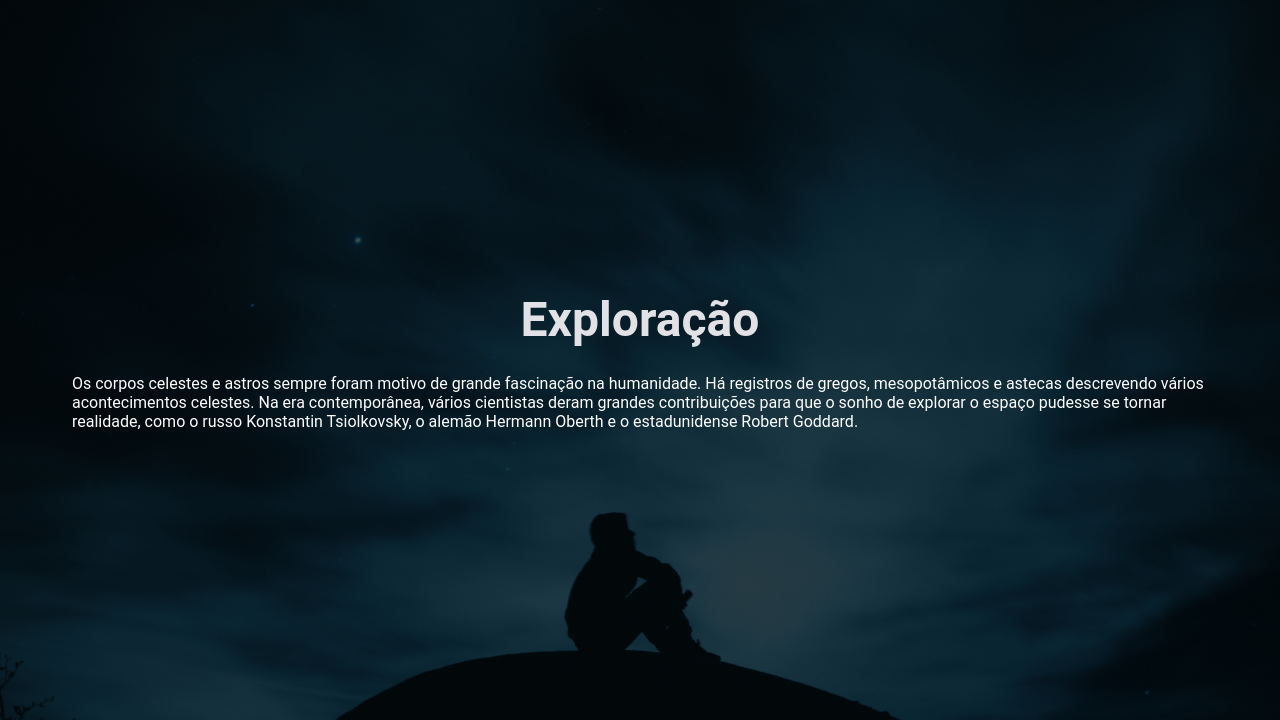
Repository: eltonneiferson/spaUniverse
Page: exploration.html
An editor plug-in stored every save of this project. The page is shown before and after a run of saves, followed by the edit.
The browser window is 1280 px wide. The pictures show the whole page.

Above is the page before, as saved 2022-10-26 23:16:10.

After the next 3 saves:
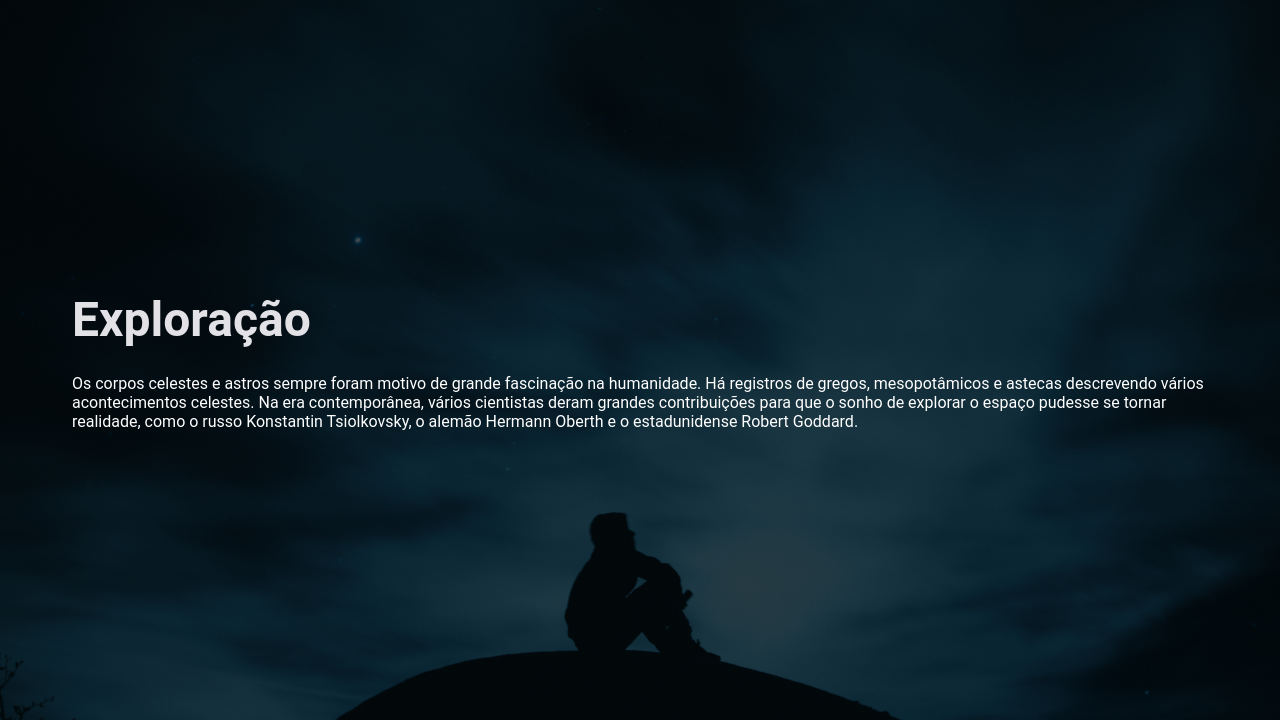
The 3 saves are shown as one change because they came seconds apart.
The last was saved 26 s later.
--- a/index.css
+++ b/index.css
@@ -94,4 +94,5 @@ main#universe p {
 
 main#exploration {
     background-image: url(bkg3.png);
+    justify-items: flex-start;
 }
